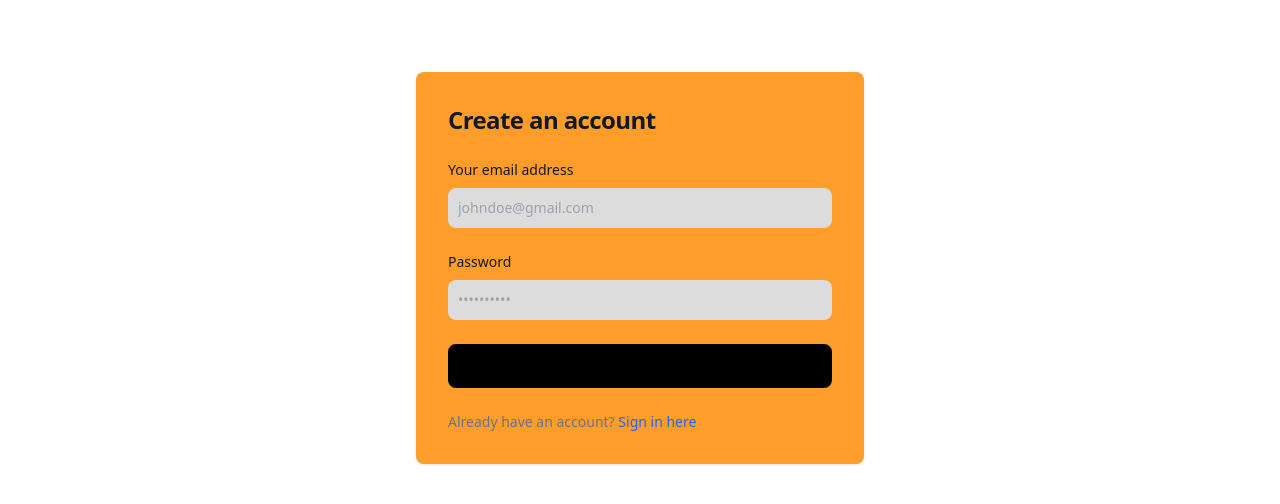
Repository: AdwaitSri/Kingston-Marketplace
Page: /signup (app in qhacks-24/)
The author's editor kept a copy of each file at every save. The page is drawn from the files as they stood at one save, then again after the next save.
The browser window is 1280 px wide. The pictures show the whole page.
The project was rebuilt for these pictures with package versions that can differ from the ones it lists, and the page was loaded fresh each time. Also part of the build but not shown: qhacks-24/src/components/HomeNavbar.js, qhacks-24/src/pages/Home.js.

Above is the page before, as saved 2024-02-02 20:59:05.

### qhacks-24/public/index.html
<!DOCTYPE html>
<html lang="en">
  <head>
    <meta charset="utf-8" />
    <link rel="preconnect" href="https://fonts.googleapis.com">
    <link rel="preconnect" href="https://fonts.gstatic.com" crossorigin>
    <link href="https://fonts.googleapis.com/css2?family=Josefin+Sans:ital,wght@0,100;0,200;0,300;0,400;0,500;0,600;0,700;1,100;1,200;1,300;1,400;1,500;1,600;1,700&display=swap" rel="stylesheet">
    <link rel="icon" href="%PUBLIC_URL%/favicon.ico" />
    <meta name="viewport" content="width=device-width, initial-scale=1" />
    <meta name="theme-color" content="#000000" />
    <meta
      name="description"
      content="Web site created using create-react-app"
    />
    <link rel="apple-touch-icon" href="%PUBLIC_URL%/logo192.png" />
    <!--
      manifest.json provides metadata used when your web app is installed on a
      user's mobile device or desktop. See https://developers.google.com/web/fundamentals/web-app-manifest/
    -->
    <link rel="manifest" href="%PUBLIC_URL%/manifest.json" />
    <!--
      Notice the use of %PUBLIC_URL% in the tags above.
      It will be replaced with the URL of the `public` folder during the build.
      Only files inside the `public` folder can be referenced from the HTML.

      Unlike "/favicon.ico" or "favicon.ico", "%PUBLIC_URL%/favicon.ico" will
      work correctly both with client-side routing and a non-root public URL.
      Learn how to configure a non-root public URL by running `npm run build`.
    -->
    <title>React App</title>
  </head>
  <body>
    <noscript>You need to enable JavaScript to run this app.</noscript>
    <div id="root"></div>
    <!--
      This HTML file is a template.
      If you open it directly in the browser, you will see an empty page.

      You can add webfonts, meta tags, or analytics to this file.
      The build step will place the bundled scripts into the <body> tag.

      To begin the development, run `npm start` or `yarn start`.
      To create a production bundle, use `npm run build` or `yarn build`.
    -->
  </body>
</html>

### qhacks-24/src/pages/Signup.js
import React from "react";

export default function Signup() {
    const [formData, setFormData] = React.useState(
        {
            email: '',
            password: '',
        }
    )

    function handleChange(event) {
        setFormData(prevFormData => {
            return {
                ...prevFormData,
                [event.target.name]: event.target.value
            }
        })
    }



    return (
    <div
    class="w-full bg-orange-1 rounded-lg shadow dark:border md:mt-[10dvh] sm:max-w-md xl:p-0 dark:bg-gray-800 dark:border-gray-700 mx-auto mt-[10dvh]">
        <div class="p-6 space-y-4 md:space-y-6 sm:p-8">
        <h1 class="text-xl font-bold leading-tight tracking-tight text-gray-900 md:text-2xl dark:text-white">Create an
            account
        </h1>
        <form class="space-y-4 md:space-y-6" method="POST">
            <div>
            <label for="email" class="block mb-2 text-sm font-medium text-gray-900 dark:text-white">Your email address</label>
            <input type="email" name="email" id="email" onChange={handleChange} value={formData.email} class="outline-none bg-[#dcdcdc] hover:bg-[#f0f0f0] focus:bg-[#ffffff] text-gray-900 sm:text-sm rounded-lg focus:ring-blue-600 focus:border-blue-600 block w-full p-2.5 dark:bg-gray-700 dark:border-gray-600 dark:placeholder-gray-400 dark:text-white dark:focus:ring-blue-500 dark:focus:border-blue-500" placeholder="johndoe@gmail.com" required="">
            </input>
            </div>

            <div>
            <label for="password" class="block mb-2 text-sm font-medium text-gray-900 dark:text-white">Password</label>
            <input type="password" name="password" id="password" onChange={handleChange} value={formData.password} placeholder="••••••••••" class="outline-none bg-[#dcdcdc] hover:bg-[#f0f0f0] focus:bg-[#ffffff] text-gray-900 sm:text-sm rounded-lg focus:ring-blue-600 focus:border-blue-600 block w-full p-2.5 dark:bg-gray-700 dark:border-gray-600 dark:placeholder-gray-400 dark:text-white dark:focus:ring-blue-500 dark:focus:border-blue-500" required="">
            </input>
            </div>

            <button type="submit" class="w-full  bg-[#000000] border-[#000000] border-2 border-solid font-medium rounded-lg text-sm px-5 py-2.5 text-center">Create an account</button>
            <p class="text-sm font-light text-gray-500 dark:text-gray-400">Already have an account? <a
                class="font-medium text-blue-600 hover:underline dark:text-blue-500" href="/signin">Sign in here</a>
            </p>
        </form>
        </div>
  </div>
  )
}

Loaded but not shown: qhacks-24/src/index.css (common file); qhacks-24/src/App.css (common file); qhacks-24/src/index.js (19 lines, source omitted); qhacks-24/src/App.js (18 lines, source omitted); qhacks-24/tailwind.config.js (14 lines, source omitted); qhacks-24/src/output.css (1762 lines, source omitted)

After the next save:
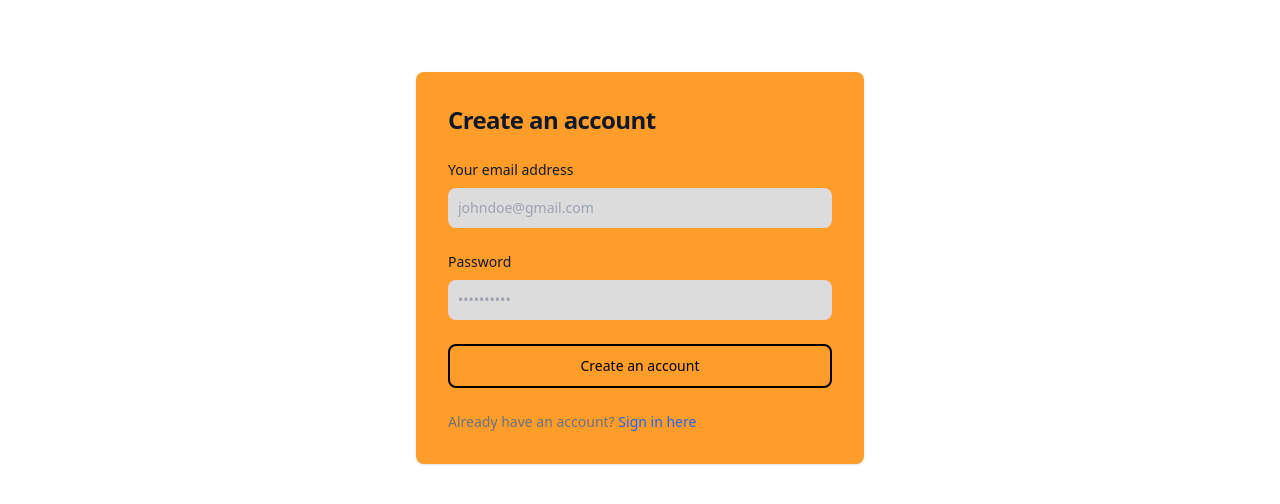
Saved 5 min 0 s later.
--- a/qhacks-24/src/pages/Signup.js
+++ b/qhacks-24/src/pages/Signup.js
@@ -21,7 +21,7 @@ export default function Signup() {
 
     return (
     <div
-    class="w-full bg-orange-1 rounded-lg shadow dark:border md:mt-[10dvh] sm:max-w-md xl:p-0 dark:bg-gray-800 dark:border-gray-700 mx-auto mt-[10dvh]">
+    class="w-full rounded-lg bg-orange-1 shadow dark:border md:mt-[10dvh] sm:max-w-md xl:p-0 dark:bg-gray-800 dark:border-gray-700 mx-auto mt-[10dvh]">
         <div class="p-6 space-y-4 md:space-y-6 sm:p-8">
         <h1 class="text-xl font-bold leading-tight tracking-tight text-gray-900 md:text-2xl dark:text-white">Create an
             account
@@ -39,7 +39,7 @@ export default function Signup() {
             </input>
             </div>
 
-            <button type="submit" class="w-full  bg-[#000000] border-[#000000] border-2 border-solid font-medium rounded-lg text-sm px-5 py-2.5 text-center">Create an account</button>
+            <button type="submit" class="w-full z-10 border-[#000000] border-2 border-solid font-medium rounded-lg text-sm px-5 py-2.5 text-center">Create an account</button>
             <p class="text-sm font-light text-gray-500 dark:text-gray-400">Already have an account? <a
                 class="font-medium text-blue-600 hover:underline dark:text-blue-500" href="/signin">Sign in here</a>
             </p>
